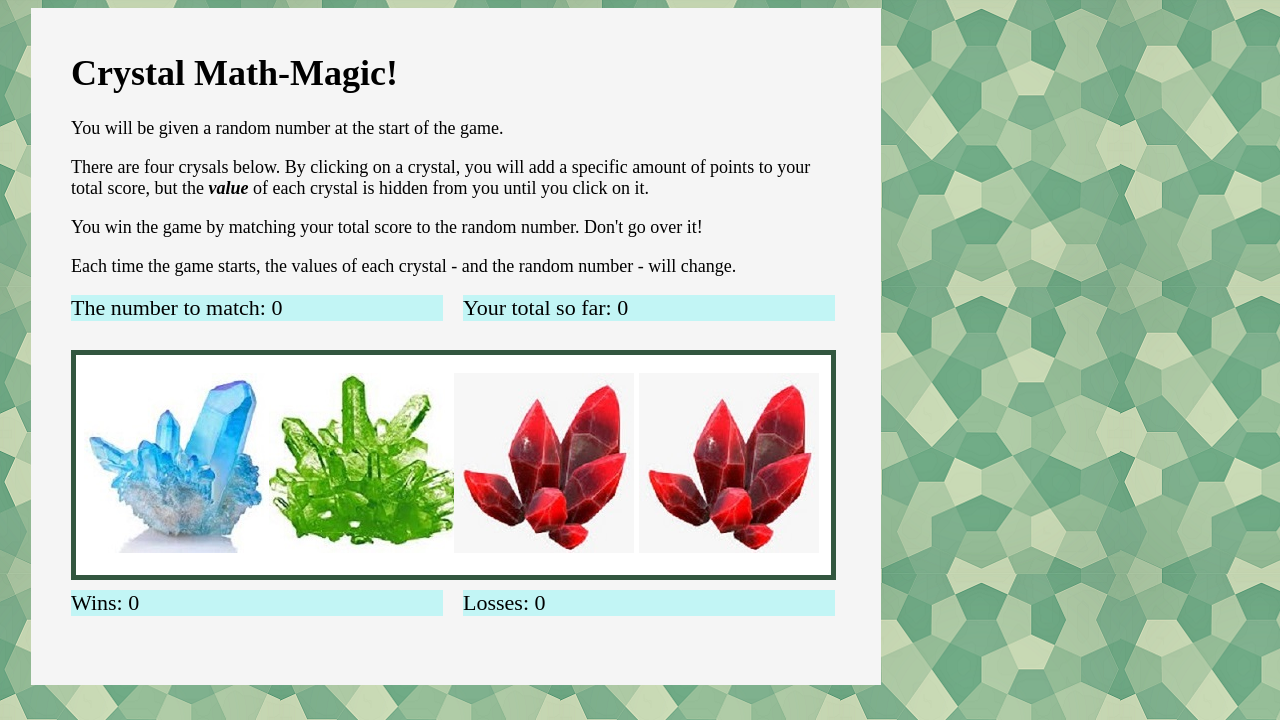
Repository: dsaftler/unit-4-game
Page: index.html
An editor plug-in stored every save of this project. The page is shown before and after the next save, followed by the edit.
The browser window is 1280 px wide. The pictures show the whole page.
Some web fonts or font styles are not loaded; a fallback is used.

Above is the page before, as saved 2019-04-01 23:06:13.

After the next save:
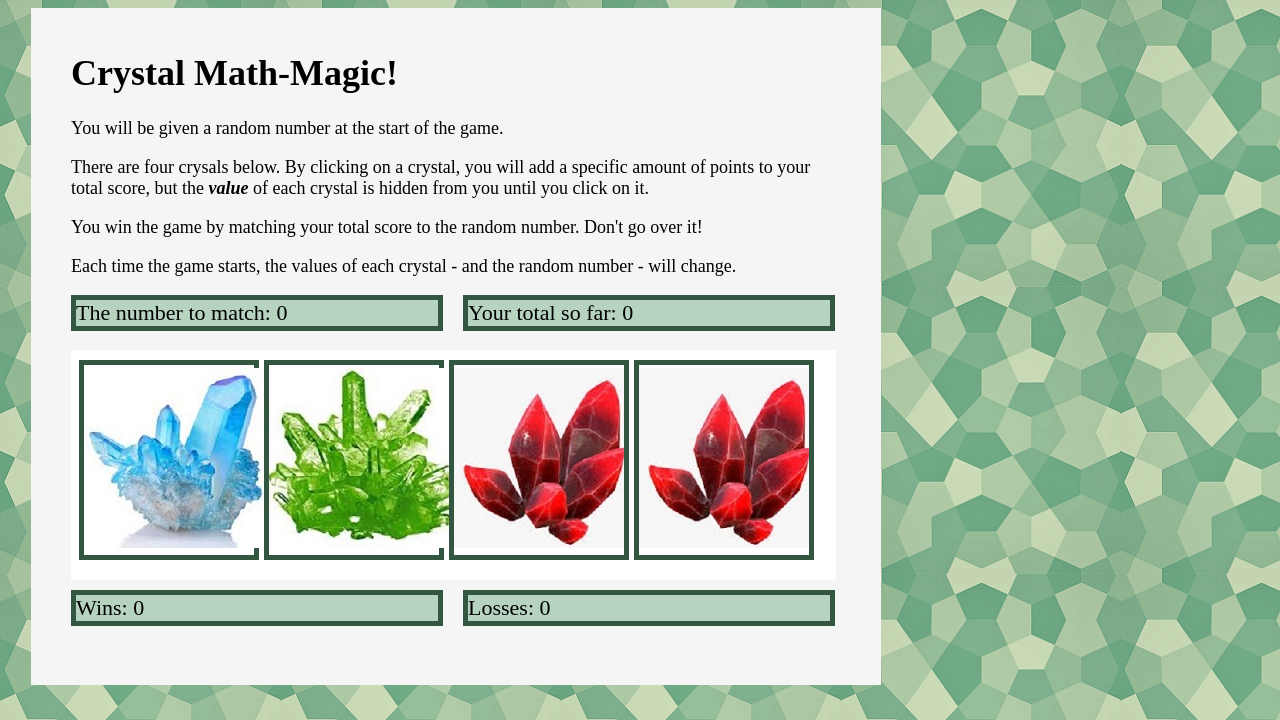
Saved 2 min 1 s later.
--- a/assets/css/style.css
+++ b/assets/css/style.css
@@ -32,12 +32,12 @@ font-size: 18px;
 .half{
   float: left;
   width: 372px;
-  background-color: rgb(194, 245, 245);
-  border: 5px solid rgb(50, 86, 63);
+  background-color: rgb(182,211,192);
   font-size: 22px;
 
 }
-.bordergreen {border: rgb(50, 86, 63)
+.bordergreen {
+  border: 5px solid rgb(50, 86, 63)
 }
 .first {margin-right: 10px;}
 .second {margin-left: 10px;}
@@ -47,7 +47,6 @@ font-size: 18px;
   background-color: #ffffff;
   height: 230px;
   width: 765px;
-  border:5px solid rgb(50, 86, 63);
   padding: 5px;
   padding-left:8px;
 }
@@ -59,10 +58,6 @@ font-size: 18px;
   width: 180px;
   margin-right: 5px;
   margin-top: 5px;
-
-  border:rgb(50, 86, 63);
-
-
 }
 .clearfix {
   overflow: hidden;
